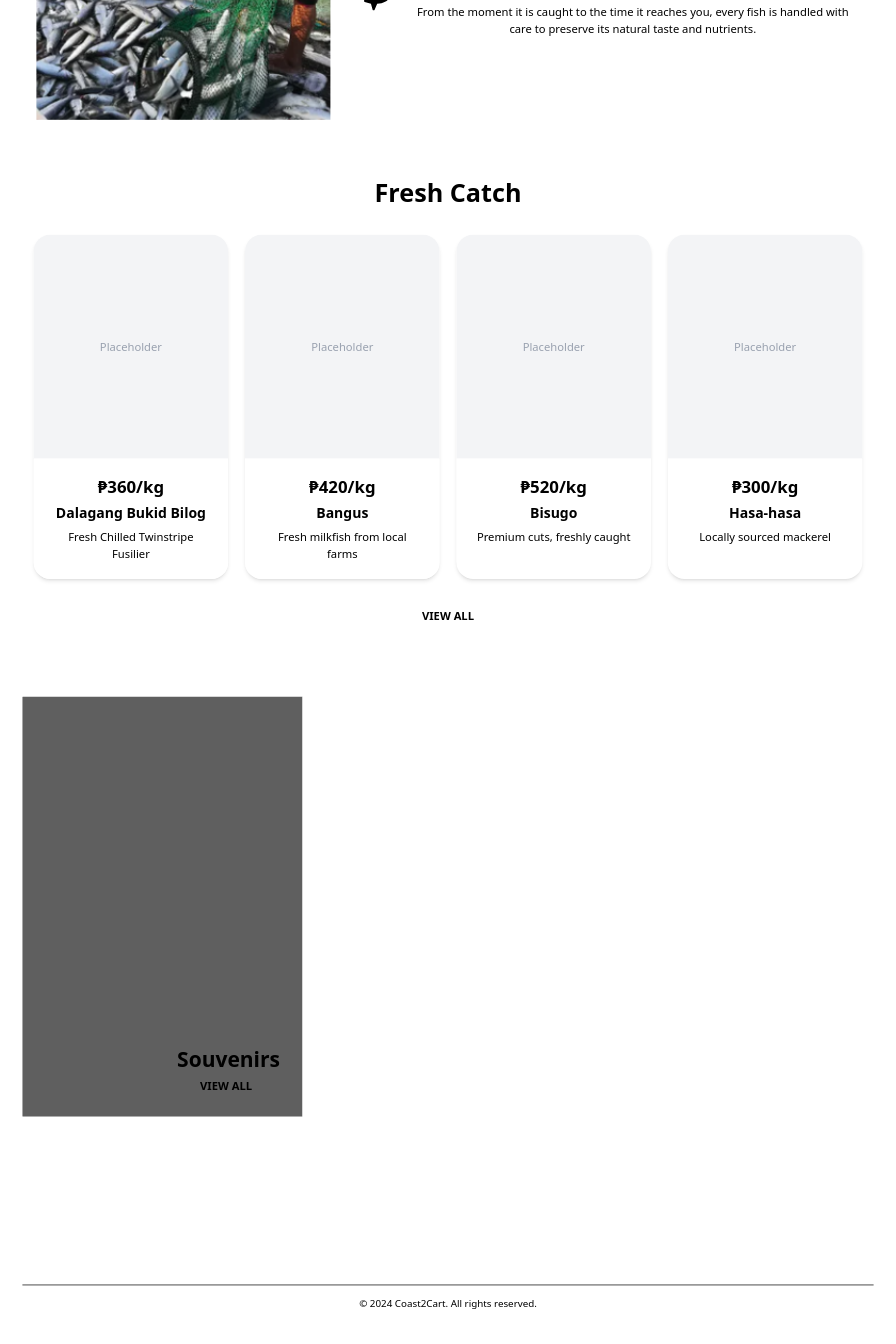
Repository: Coast2Card/coast2cart-frontend
Page: /
An editor plug-in stored every save of this project. The page is shown before and after the next save, followed by the edit.
The browser window is 1280 px wide. The pictures show the part of the page from y = 1873 to 3793 px (the page is 3793 px tall), at 70% of full size.
Pictures or frames that could not be fetched are drawn as grey boxes. The project was rebuilt for these pictures with package versions that can differ from the ones it lists, and the page was loaded fresh each time. Also part of the build but not shown: vite.config.js, src/pages/Seafood.jsx, src/pages/Souvenirs.jsx, src/pages/About.jsx, src/pages/Cart.jsx, src/pages/Profile.jsx, src/pages/Colors.jsx.

Above is the page before, as saved 2025-09-08 14:39:40.

After the next save:
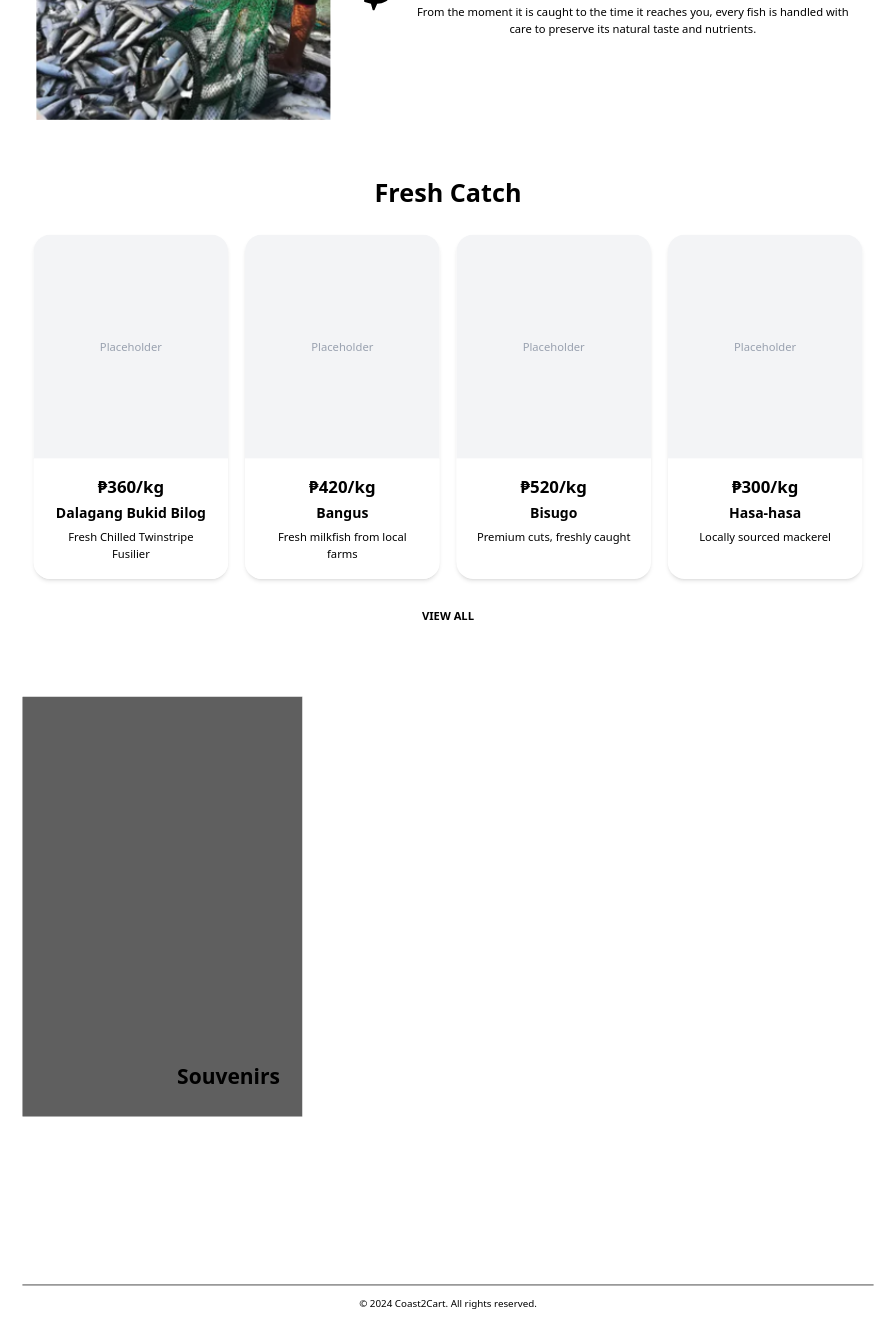
Saved 21 s later.
--- a/src/components/home/HomeSouvenirs.jsx
+++ b/src/components/home/HomeSouvenirs.jsx
@@ -1,6 +1,5 @@
 import React from "react";
 import souvenirBanner from "../../assets/images/home_banner2.png";
-import CustomButton from "../CustomButton";
 const HomeSouvenirs = () => {
   return (
     <>
@@ -9,7 +8,7 @@ const HomeSouvenirs = () => {
         <div className="absolute flex items-end justify-end p-6 px-8 inset-0 ">
           <div className="flex flex-col">
             <h2 className="text-3xl font-bold text-secondary">Souvenirs</h2>
-            <CustomButton text="View All" className="px-2 w-35 " />
+            <button className=" bg-secondary text-primary uppercase px-6 py-2 rounded-full text-md  font-semibold hover:bg-secondary/90 transition-colors cursor-pointer"></button>
           </div>
         </div>
         <img
